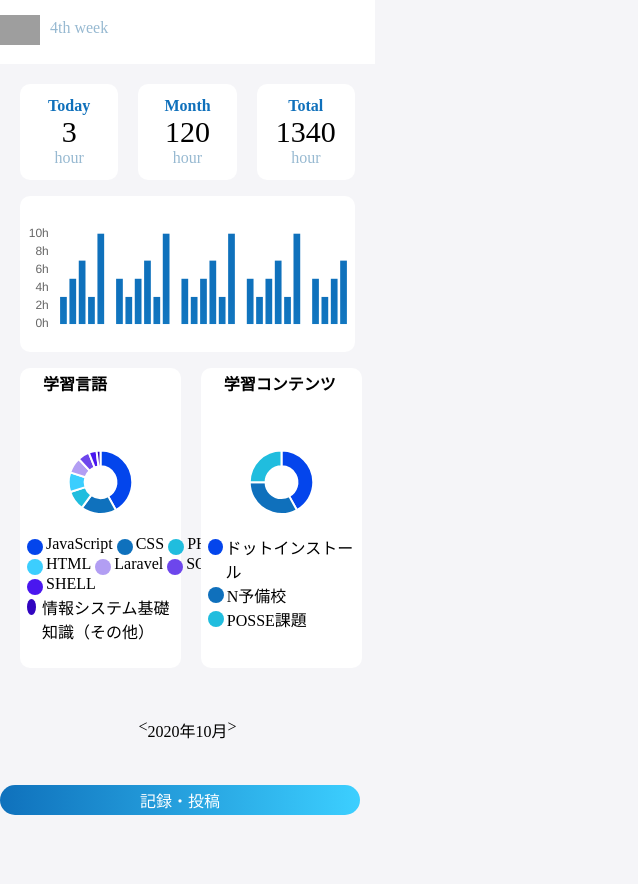
Repository: posse-ap/gen2.0-kamibayasitaito
Page: app/app.html
An editor plug-in stored every save of this project. The page is shown before and after a run of saves, followed by the edit.
The browser window is 375 px wide. The page is 638 px wide, so the pictures cover 638 px, including what lies to the right of the window. The pictures show the whole page.
Pictures or frames that could not be fetched are drawn as grey boxes. Some web libraries are served in a nearby version.

Above is the page before, as saved 2021-11-26 18:53:14.

After the next 2 saves:
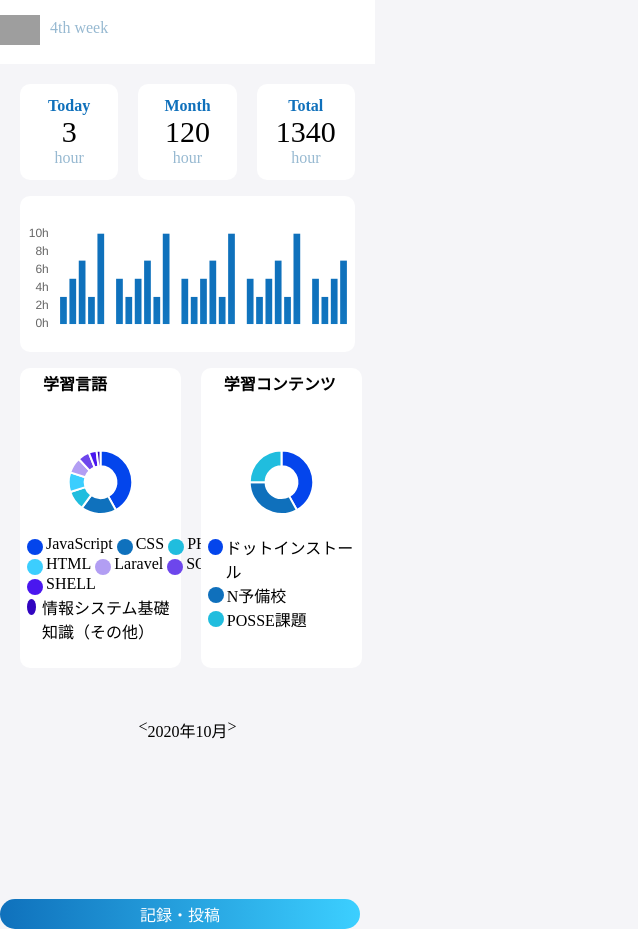
The 2 saves are shown as one change because they came seconds apart.
The last was saved 19 s later.
--- a/app/app_smartphone.css
+++ b/app/app_smartphone.css
@@ -326,7 +326,7 @@
               transform: translateY(50%);
              border-radius: 30px;
               background: linear-gradient(to right,#0f71bc,#3ccfff);
-              bottom: 0;
+              bottom: -;
               cursor: pointer;
         }
 
